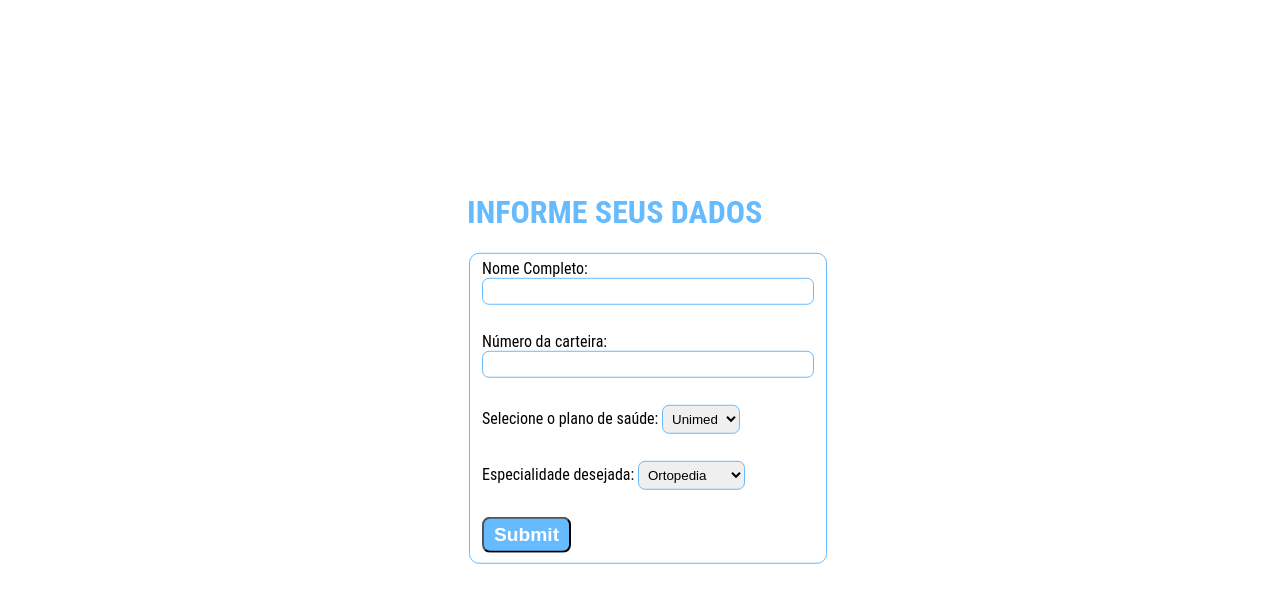
Repository: ohenriquesouza/HospitalCRUD-using-JavaEE
Page: JSP_test/src/main/webapp/novaConsulta.html
An editor plug-in stored every save of this project. The page is shown before and after the next save, followed by the edit.
The browser window is 1280 px wide. The pictures show the whole page.
Some web fonts or font styles are not loaded; a fallback is used.

Above is the page before, as saved 2022-12-27 16:36:59.

### JSP_test/src/main/webapp/novaConsulta.html
<!DOCTYPE html>
<html lang = "pt-br">
    <head>
        <meta charset="UTF-8">
        <meta http-equiv="X-UA-Compatible" content="IE=edge">
        <meta name="viewport" content="width=device-width, initial-scale=1.0">
        <title>Nova Consulta</title>
        <link rel="stylesheet" href="style.css">
        <style>
            fieldset{
                border-radius: 10px;
                border: 1px solid #66bbff;
            }
            .input_name{
            	width: 320px;
            	padding: 5px;
            	margin-bottom: 8px;
            	border: 1px solid #66bbff;
            	border-radius: 7px;
            }
            .input_nmCarteira{
            	width: 320px;
            	padding: 5px;
            	margin-bottom: 8px;
            	border: 1px solid #66bbff;
            	border-radius: 7px;
            }
             .input_plano{
            	padding: 5px;
            	margin-bottom: 8px;
            	border: 1px solid #66bbff;
            	border-radius: 7px;
            }
             .input_espec{
            	padding: 5px;
            	margin-bottom: 8px;
            	border: 1px solid #66bbff;
            	border-radius: 7px;
            }

        </style>
    </head>
    <body>
        <div class="box">
        	<h1>INFORME SEUS DADOS</h1>
            <form action="">
                <fieldset>
                    <div class="input_box">
                        <label for="nome">Nome Completo:</label>
                        <input type="text" name="nome" id="nome" class="input_name" required></input>
                    </div>
                    <br>
	                <div class="input_box">
                        <label for="NmCarteira">Número da carteira:</label>
                        <input type="number" name="NmCarteira" id="NmCarteira" class="input_nmCarteira" required></input>
                    </div>
                    <br>
                     <div class="input_box">
                        <label for="">Selecione o plano de saúde:</label>
						<select name="plan" id="plan" form="" class="input_plano">
						  <option value="ortopedia">Unimed</option>
						  <option value="pediatria">Amil</option>
						  <option value="clinica">GNDI</option>
						</select>
                    </div>
                    <br>
                    <div class="input_box">
                        <label for="">Especialidade desejada:</label>
						<select name="especs" id="especs" form="" class="input_espec">
						  <option value="ortopedia">Ortopedia</option>
						  <option value="pediatria">Pediatria</option>
						  <option value="clinica">Clínica geral</option>
						</select>
                    </div>
                    <br>
                    <input class="botao1" type="submit"></input>
                </fieldset>
            </form>
        </div>
    </body>
</html>

### JSP_test/src/main/webapp/style.css
@charset "utf-8";
@import url('https://fonts.googleapis.com/css2?family=Roboto+Condensed:wght@300&display=swap');
body{
    position: absolute;
    top: 50%;
    left: 50%;
    transform: translate(-50%, -50%);
	font-size: 1em;
	font-weight: 400;
	font-family: 'Roboto Condensed', sans-serif;
}
h1{
	color: #66bbff;
}
.botao1{
	text-decoration: none;
	background-color: #66bbff;
	padding: 5px 10px 5px 10px;
	color: #fff;
	font-size: 1.2em;
	font-weight: 700;
	border-radius: 8px;
	cursor: pointer;
}
 .box{
                position: absolute;
                top: 50%;
                left: 50%;
                transform: translate(-50%, -50%);
                padding: 15px;
                border-radius: 10px;
}

After the next save:
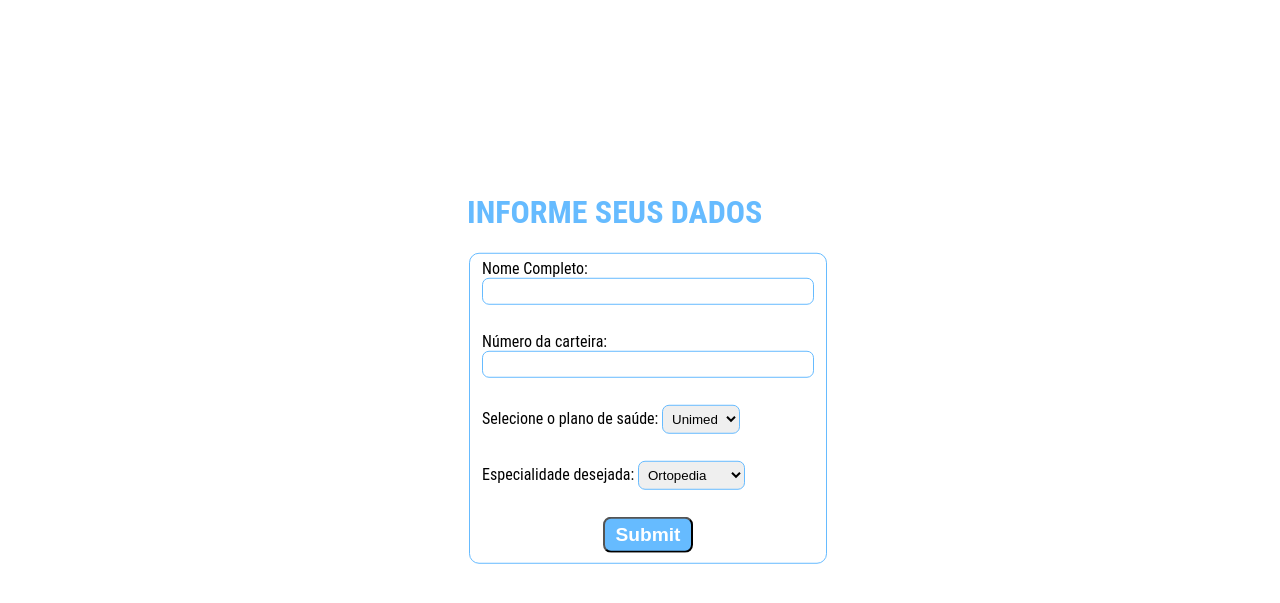
Saved 15 s later.
--- a/JSP_test/src/main/webapp/novaConsulta.html
+++ b/JSP_test/src/main/webapp/novaConsulta.html
@@ -73,7 +73,7 @@
 						</select>
                     </div>
                     <br>
-                    <input class="botao1" type="submit"></input>
+                    <center><input class="botao1" type="submit"></input></center>
                 </fieldset>
             </form>
         </div>
